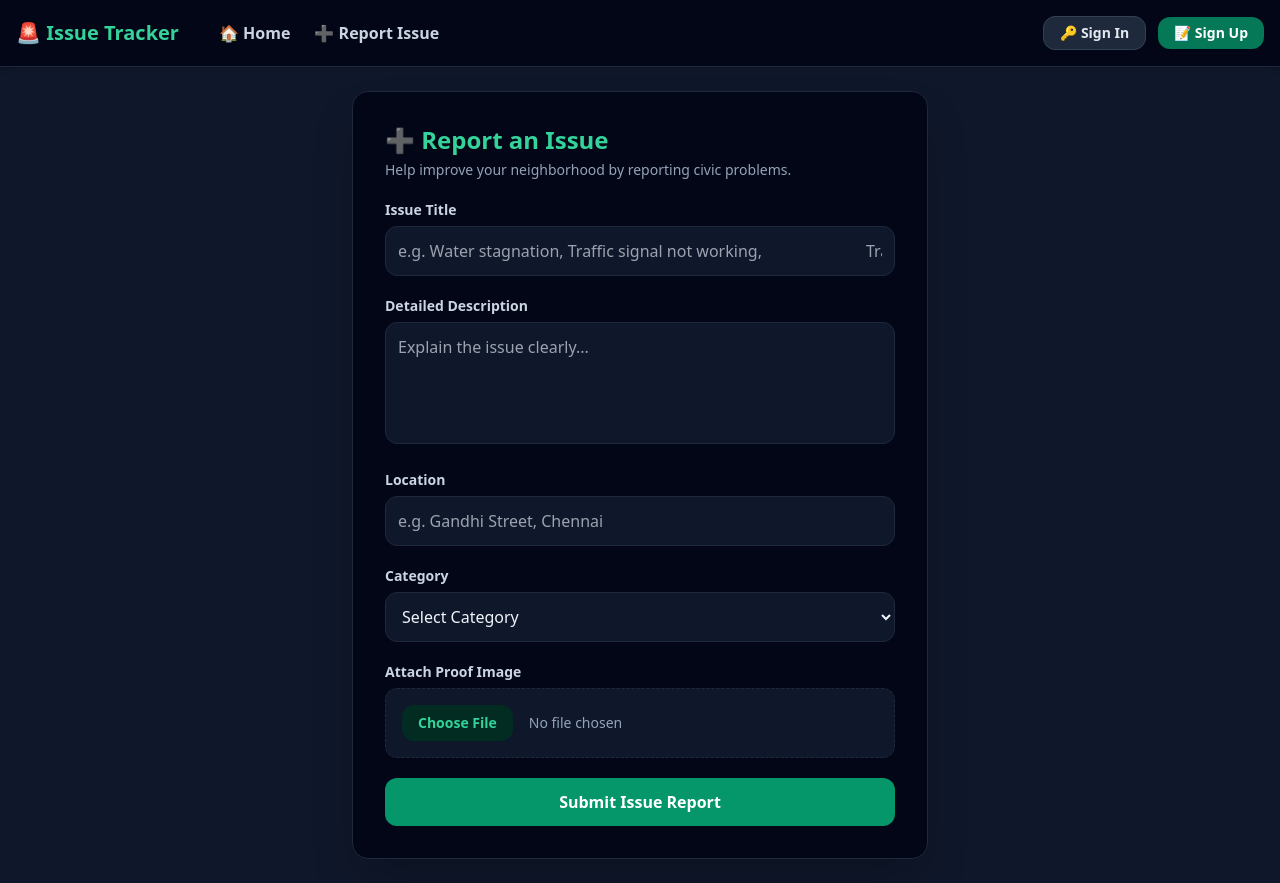
Repository: pugazhendhiprem3-cp/local-issue-management-system-.-.-.
Page: /create-issue (app in my-react-app/)
An editor plug-in stored every save of this project. The page is shown before and after a run of saves, followed by the edit.
The browser window is 1280 px wide. The pictures show the whole page.
The project was rebuilt for these pictures with package versions that can differ from the ones it lists, and the page was loaded fresh each time. Also part of the build but not shown: my-react-app/vite.config.js, my-react-app/src/pages/IssuesFeed.jsx, my-react-app/src/pages/login.jsx, my-react-app/src/pages/Signup.jsx.

Above is the page before, as saved 2026-05-23 14:21:12.

After the next 2 saves:
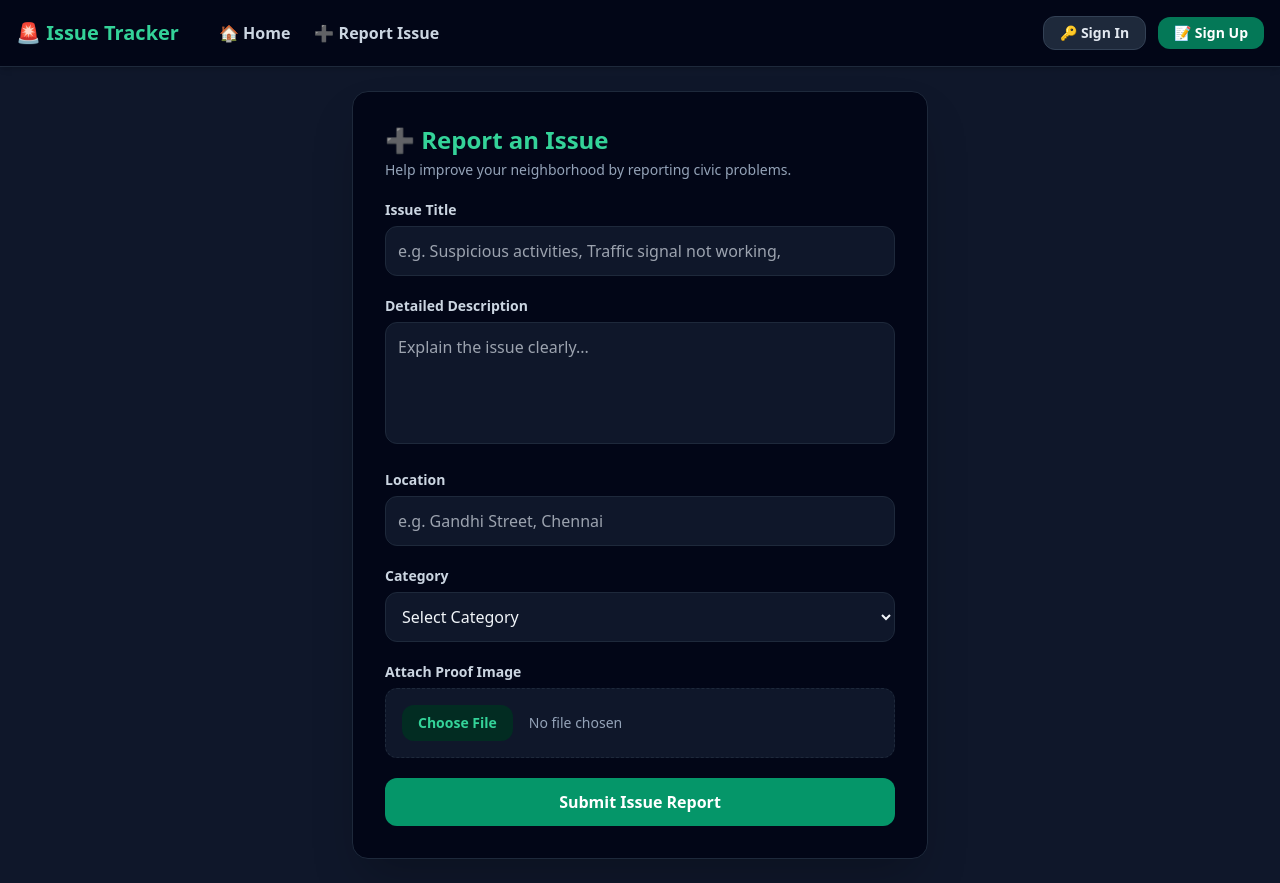
The 2 saves are shown as one change because they came seconds apart.
The last was saved 12 s later.
--- a/my-react-app/src/pages/CreateIssue.jsx
+++ b/my-react-app/src/pages/CreateIssue.jsx
@@ -120,8 +120,8 @@ const CreateIssue = () => {
                         name="title"
                         value={formDataState.title}
                         onChange={handleChange}
-                        placeholder="e.g. Water stagnation, Traffic signal not working,
-                         Transformer issues, Garbage not collected, Suspicious activities, Broken CCTV cameras"
+                        placeholder="e.g. Suspicious activities, Traffic signal not working,
+                         Transformer issues, Garbage not collected, , Broken CCTV cameras"
                         required
                         className="w-full p-3 rounded-xl bg-slate-900 border border-slate-800 focus:outline-none focus:border-emerald-500 text-slate-100"
                     />
